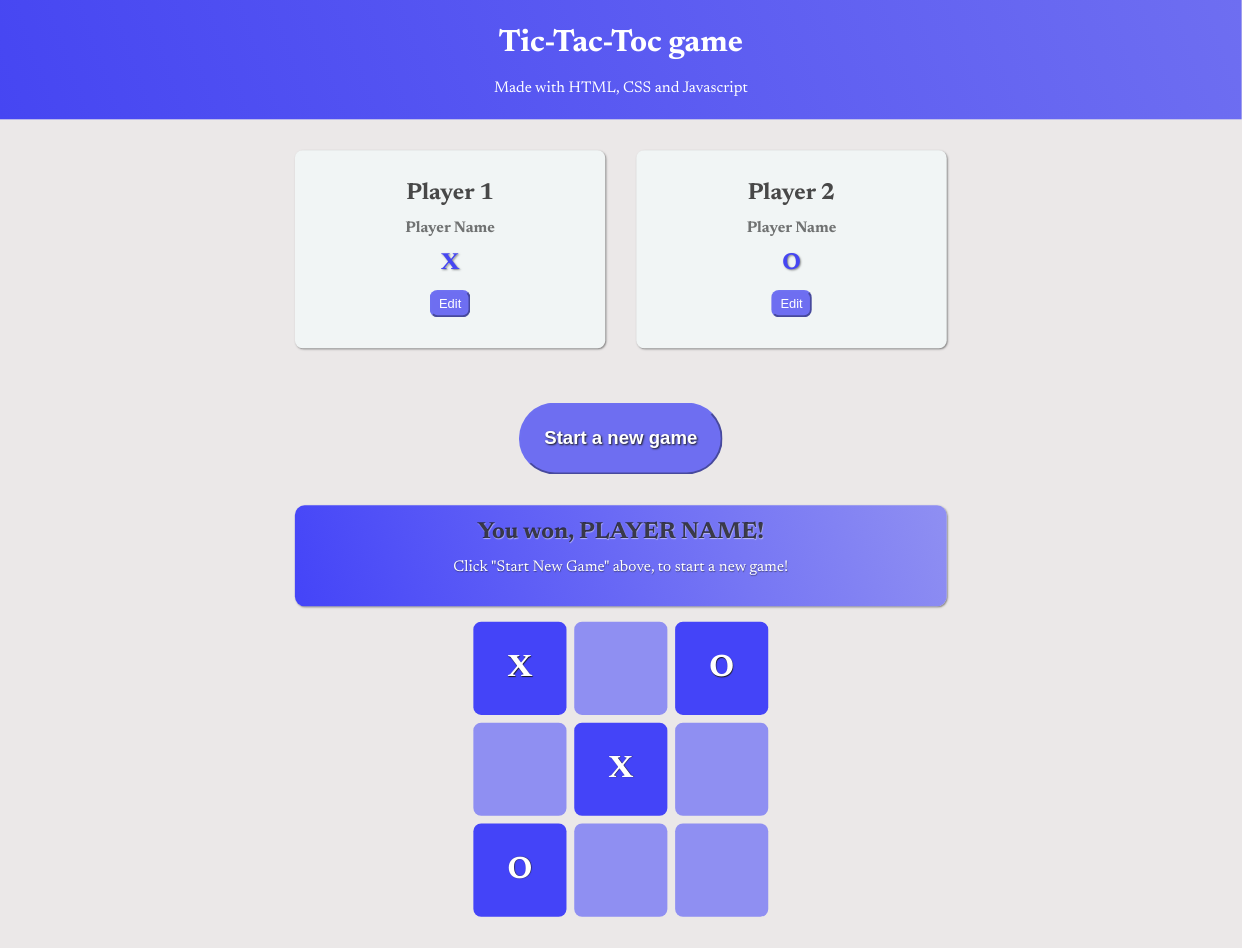
Repository: MicTomm/Tic-tac-toe-game
Page: index.html
These files come from the project's save history. The page is drawn as it stood at one moment and after the next save; the edit follows.
The browser window is 1280 px wide. The pictures show the whole page, at 97% of full size.
After loading, the first visible `#start-game-btn` was clicked once.

Above is the page before, as saved 2023-06-25 14:08:25.
Console error: ReferenceError: game is not defined

### index.html
<!DOCTYPE html>
<html lang="en">

<head>
    <meta charset="UTF-8">
    <meta name="viewport" content="width=device-width, initial-scale=1.0">
    <title>Tic-Tac-Toe</title>
    <link rel="preconnect" href="https://fonts.googleapis.com">
    <link rel="preconnect" href="https://fonts.gstatic.com" crossorigin>
    <link href="https://fonts.googleapis.com/css2?family=Newsreader:wght@400;700&display=swap" rel="stylesheet">
    <link href="/styles/styles.css" rel="stylesheet">
    <link href="/styles/overlay.css" rel="stylesheet">
    <link href="/styles/game-configuration.css" rel="stylesheet">
    <link href="/styles/game-execution.css" rel="stylesheet">
    <script src="/scripts/configuration.js" defer></script>
    <script src="/scripts/game.js" defer></script>
    <script src="/scripts/app.js" defer></script>
</head>

<body>
    <div id="back-drop"></div>
    <header id="main-header">
        <h1>Tic-Tac-Toc game</h1>
        <p>Made with HTML, CSS and Javascript</p>
    </header>
    <main>
        <aside id="aside-container">
            <header id="id=" aside-header>
                <h2>Chose your name</h2>
            </header>
            <form>
                <div id="aside-input-container">
                    <label for="choosing-player-name" id="choosing-player-name-label">Player name</label>
                    <input type="text" id="choosing-player-name" name="player-name" required>
                    <div id = "input-validation-error-container">
                        <svg xmlns="http://www.w3.org/2000/svg" fill="none"
                        viewBox="0 0 24 24" stroke-width="1.5" stroke="currentColor" class="w-6 h-6">
                        <path stroke-linecap="round" stroke-linejoin="round"
                            d="M12 9v3.75m9-.75a9 9 0 11-18 0 9 9 0 0118 0zm-9 3.75h.008v.008H12v-.008z" />
                        </svg>
                        <p id="input-validation-error"></p>
                    </div>

                </div>
                <div id="aside-buttons-container">
                    <button type="button" class="btn alternative-btn" id="cancel-btn">
                        Cancel
                    </button>
                    <button type="submit" class="btn">Confirm</button>
                </div>
            </form>
        </aside>
        <section id="game-configuration">
            <div id="game-configuration-container">
                <article>
                    <div id="player1-container">
                        <h2>Player 1</h2>
                        <p id="player1-name">Player Name</p>
                        <p class="symbol">X</p>
                        <button id="edit-p1-btn" class="btn" data-playerid="1">Edit</button>
                    </div>
                </article>
                <article>
                    <div id="player2-container">
                        <h2>Player 2</h2>
                        <p id="player2-name">Player Name</p>
                        <p class="symbol">O</p>
                        <button id="edit-p2-btn" class="btn" data-playerid="2">Edit</button>
                    </div>
                </article>
            </div>
            <div id="start-game-container">
                <button type="button" id="start-game-btn" class="btn">Start a new game</button>
            </div>
        </section>
        <section id="game-execution">
            <article id="game-over">
                <h2>You won, <span id="winner-name">PLAYER NAME</span>!</h2>
                <p>Click "Start New Game" above, to start a new game!</p>
            </article>

            <p id="p-turn">It's your turn <span id="active-player-name">PLAYER NAME</span>!</p>
            <ol id="game-board">
                <li class="disabled">X</li>
                <li></li>
                <li class="disabled">O</li>

                <li></li>
                <li class="disabled">X</li>
                <li></li>

                <li class="disabled">O</li>
                <li></li>
                <li></li>
            </ol>
        </section>
        </section>
    </main>

</body>

</html>

### styles/styles.css
body {
    margin: 0;
    background-color: rgb(235, 232, 232);
    font-family: 'Newsreader', serif;
    color: rgb(27, 27, 27);
}

h2 {
    margin: 0rem;
    color: rgb(27, 27, 27, 0.8);
    text-shadow: .5px .5px 1px rgba(255, 255, 255, 0.5);
}

#main-header {
    background: linear-gradient(70deg, rgb(70, 70, 242), rgb(110, 110, 241));
    color: white;
    padding: 0.5rem 5%;
    text-align: center;
}

.btn {
    background-color: rgb(110, 110, 241);
    border-color: rgb(110, 112, 241);
    color: white;
    border-radius: 8px;
    padding: 0.3rem 0.5rem;
    cursor: pointer;
}

.alternative-btn {
    background-color: rgb(223, 223, 239);
    border-color: transparent;
    color: rgb(27, 27, 27);
    margin: 0.5rem;
}

.btn:hover {
    background-color: rgb(127, 127, 233);
    box-shadow: 1px 1px 2px rgb(27, 27, 27);
}

.alternative-btn:hover {
    background-color: rgb(210, 210, 235);
    border-color: rgb(205, 205, 233);
}

aside h2,
aside label {
    color: rgb(110, 110, 241);
    text-shadow: .5px .5px 1px rgb(27, 27, 27, 0.5);
}

form label {
    display: block;
    margin-bottom: .5rem;
}

form input {
    padding: .3rem;
    border-color: transparent;
    border-radius: 8px;
    font-family: inherit;
}

form input:hover,
form input:focus {
    outline: rgb(110, 110, 241) auto 1px;
}

form #aside-buttons-container {
    display: flex;
    flex-flow: row;
    justify-content: center;
    align-items: center;
    margin: .5rem;
}

### styles/overlay.css
#aside-container {
text-align: center;
    background-color: rgb(241, 245, 245);
    width: 90%;
    margin: 0rem auto;
    border-radius: .6rem;
    padding: .5rem 0rem;
    position: fixed;
    top: 25%;
    left: 5%;
    display: none;
}

#back-drop {
    background-color: rgba(86, 78, 78, 0.5);
    width: 100%;
    height: 100%;
    position: fixed;
    display: none;
}

aside h2,
aside label {
    color: rgb(110, 110, 241);
    text-shadow: .5px .5px 1px rgb(27, 27, 27, 0.5);
}

form label {
    display: block;
    margin-bottom: .5rem;
}

.choosing-player-name-label-error{
    color: red;
}

form input {
    padding: .3rem;
    border-color: transparent;
    border-radius: 8px;
    font-family: inherit;
    font-weight: 700;
    color: rgb(27, 27, 27, 0.7);
    text-align: center;
    width: 40%;
    margin: .1rem 30%;
}

.choosing-player-name-error{
    border-color:red;
    background-color: rgb(244, 183, 183);
}

form input:hover,
form input:focus {
    outline: rgb(110, 110, 241) auto 1px;
}

form #aside-buttons-container {
    display: flex;
    flex-flow: row;
    justify-content: center;
    align-items: center;
    margin: .5rem;
}

#input-validation-error-container{
    height: 1rem;
    width: 40%;
    margin: .1rem 30%;
    display: none;
    color: red;
}

#input-validation-error{
    font-size: .8rem;
    margin: 0 0 0 .2rem;
    padding-top: 0.2rem;
}

svg{
    height: 1rem;
    width: 1rem;
}

@media (min-width: 48rem) {

    #aside-container {
        position: fixed;
        top: 25%;
        left: calc(50% - 20rem);
        width: 40rem;
    }

}

### styles/game-configuration.css
#game-configuration{
    display: flex;
    flex-flow: column;
    align-items: center;
    margin: 2rem auto;
    width: 90%;
}

#game-configuration-container{
    display: flex;
    flex-flow: row;
    justify-content: center;
    align-items: center;
    margin-bottom: 3.5rem;
}

#player1-container,
#player2-container{
    background-color: rgb(241, 245, 245);
    margin: 0rem 1rem;
    padding: 2rem 0rem;
    display: flex;
    flex-flow: column;
    justify-content: center;
    align-items: center;
    width: 20rem;
    border-radius: 8px;
    box-shadow: 1px 1px 2px rgb(27, 27, 27, 0.5);
}

#game-configuration p{
    color: rgb(27, 27, 27, 0.6);
    font-weight: bold;
}

#game-configuration .symbol{
    margin: 0rem 0rem 1rem 0rem;
    font-weight: 700;
    font-size: 1.5rem;
    color: rgb(70, 70, 242);
    text-shadow: 1px 1px 2px rgb(27, 27, 27, 0.5);
}

#start-game-container{
    display: block;

}

#start-game-btn{
    padding: 1.5rem;
    border-radius: 20rem;
    font-size: 1.2rem;
    font-weight: 700;
    text-shadow: 1px 1px 2px rgb(27, 27, 27);
    cursor: pointer;
}

#start-game-btn:hover{
    background: linear-gradient(70deg, rgb(152, 228, 40), rgb(70, 70, 242));
}

### styles/game-execution.css
#game-execution{
    width: 90%;
    margin: 2rem auto;
    text-align: center;
    /* display: none; */
}

#game-over{
    margin: 0rem auto;
    padding: 1rem;
    background: linear-gradient(70deg, rgb(68, 68, 248), rgb(143, 143, 242));
    border-radius: 10px;
    box-shadow: 1px 1px 2px rgb(27, 27, 27, 0.5);
    max-width: 40rem;
}

#game-over p{
    color: white;
    text-shadow: .5px .5px 1px rgb(27, 27, 27, 0.5);
    font-weight: 400;
}

#p-turn{
    color: rgb(84, 188, 84);
    font-weight: 700;
    text-shadow: .5px .5px 1px rgb(27, 27, 27, 0.8);
    display: none;

}

#game-board{
    display: grid;
    justify-content: center;
    grid-template-columns: repeat(3, 6rem); /*lo stesso che scrivere 6rem 6rem 6rem*/
    grid-template-rows: repeat(3, 6rem);
    list-style: none;
    gap: .5rem;
    padding: 0rem;
}

.game-execution1{
    display: none;
}

#game-execution li{
    background-color: rgb(143, 143, 242);
    display: flex;
    justify-content: center;
    align-items: center;
    color: rgb(27, 27, 27, 0.5)l;
    font-weight: 700;
    text-shadow: .5px .5px 1px rgb(255, 255, 255, 0.7);
    font-size: 2rem;
    border-radius: 8px;
    cursor: pointer;
}

#game-execution li:hover{
    background-color: rgb(68, 68, 248);
    text-shadow: .5px .5px 1px rgb(27, 27, 27);
    color: white;
}

#game-execution li.disabled{
    background-color: rgb(68, 68, 248);
    text-shadow: .5px .5px 1px rgb(27, 27, 27);
    cursor: default;
    color: white;
}

### scripts/configuration.js
function editPlayerConfiguration(event) {
    /**
     * playerid è un attributo che realizzo nel file .html (data-playerid), per gli elementi edit-p1-btn
     * e edit-p2-btn, al fine di tracciare quale dei due button-edit sto cliccando, ed utilizzarne
     * l'identificativo estrapolato in js.
     *
     * Si possono aggiungere più attributi(proprietà) allo stesso elemento.
     *
     * l'attributo si realizza sempre facendo succedere una o più stringhe di testo alla stringa 'data-'.
     * Bisogna scrivere le stringhe tutto in minuscolo perché, se faccio console.dir(event), facendo
     * drilling fino alla voce target, posso constatare che, anche se scrivo in camelcase, l'attributo
     * viene registrato tutto in lowercase.
     *
     * Se voglio scrivere invece che data-playerid, data-player-id, nel codice js devo poi estrapolarlo come:
     * event.target.dataset['player-id']
     */
    const playerIdSelected = event.target.dataset.playerid;
    playerId = playerIdSelected;

    console.log(playerId);
    console.dir(event);

    overlay.style.display = 'block';
    backdrop.style.display = 'block';
}

function cancelPlayerConfiguration() {
    overlay.style.display = 'none';
    backdrop.style.display = 'none';
    removeInputError();
}

function savePlayerConfig(event) {
    /*
    preventDefault() evita che venga eseguito il comportamento di default quando viene inviato
    il form.
    Tale comportamento consiste nell' inviare una richiesta GET al web server che la processerà,
    nel mio caso il server locale.
    */
    event.preventDefault();

    /*
    event è un oggetto js generato automaticamente dal browser al verificarsi di un evento, e che lo
    descrive.
    Con l'attributo target, si punta direttamente all'elemento HTML che ha generato l'evento.
    In questo caso il form, perché è stato il form ad essere inviato.

    new FormData è una built-in function che è resa disponibile direttamente nel browser in js.
    Con 'new', istanzio un oggetto di tipo FormData, e passandogli come parametro il pointer al form,
    posso estrapolare tutte le informazioni submitted che, in HTML presentano l'ttributo 'name' nel
    rispettivo input-element.
    */
    const formData = new FormData(event.target);
    let playerName = formData.get('player-name').trim();
    console.log('Player name: ' + playerName);

    /*  Una stringa vuota è un falsy-value
    Una stringa che ha un valore è un truly-value
    Quindi, sto dicendo: se la stringa non è truly
    */
    if (!playerName) {

        inputValidationLabel.classList.add('choosing-player-name-label-error');
        inputValidationInput.classList.add('choosing-player-name-error');

        inputValidationErrorContainer.style.display = 'flex';
        inputValidationErrorContainer.style.flexFlow = 'row';
        inputValidationErrorContainer.style.justifyContent = 'center';
        inputValidationErrorContainer.style.alignItems = 'center';
        inputValidationErrorParagraph.textContent = 'Please, enter valid a name!';
        return;
    }
    else {
        removeInputError();
        if (playerId == 1) {
            player1Name.textContent = playerName;
        } else {
            player2Name.textContent = playerName;
        }
    }
}

function removeInputError() {
    inputValidationErrorContainer.style.display = 'none';
    inputValidationInput.classList.remove('choosing-player-name-error');
    inputValidationLabel.classList.remove('choosing-player-name-label-error');
}

### scripts/game.js
function startNewGame(){
    game-execution.classList.add('game-execution1');
}

### scripts/app.js
/*
    E' possibile puntare ad una function presente in una altro file .js
    Affinché ciò sia possibile, bisogna importare nel file .htm prima il file.js in cui è definita la
    function e successivamente il .js in cui la si utilizza.
*/
console.dir(document.body);
let playerId = 0;

const overlay = document.getElementById('aside-container');
const backdrop = document.getElementById('back-drop');

const editP1Btn = document.getElementById('edit-p1-btn');
const editP2Btn = document.getElementById('edit-p2-btn');
const cancelPConfigurationBtn = document.getElementById('cancel-btn');
const startGameBtn = document.getElementById('start-game-btn');

const form = document.querySelector('form');

const inputValidationErrorContainer = document.getElementById('input-validation-error-container');
const inputValidationLabel = document.getElementById('choosing-player-name-label');
const inputValidationInput = document.getElementById('choosing-player-name');
const inputValidationErrorParagraph = document.getElementById('input-validation-error');

const player1Name = document.getElementById('player1-name');
const player2Name = document.getElementById('player2-name');

const gameExecutionSection = document.getElementById('game-execution');
console.log(gameExecutionSection);
const gameBoard = document.getElementById('game-board');

editP1Btn.addEventListener('click', editPlayerConfiguration);
editP2Btn.addEventListener('click', editPlayerConfiguration);
cancelPConfigurationBtn.addEventListener('click', cancelPlayerConfiguration);
startGameBtn.addEventListener('click', startNewGame);
form.addEventListener('submit', savePlayerConfig);

After the next save:
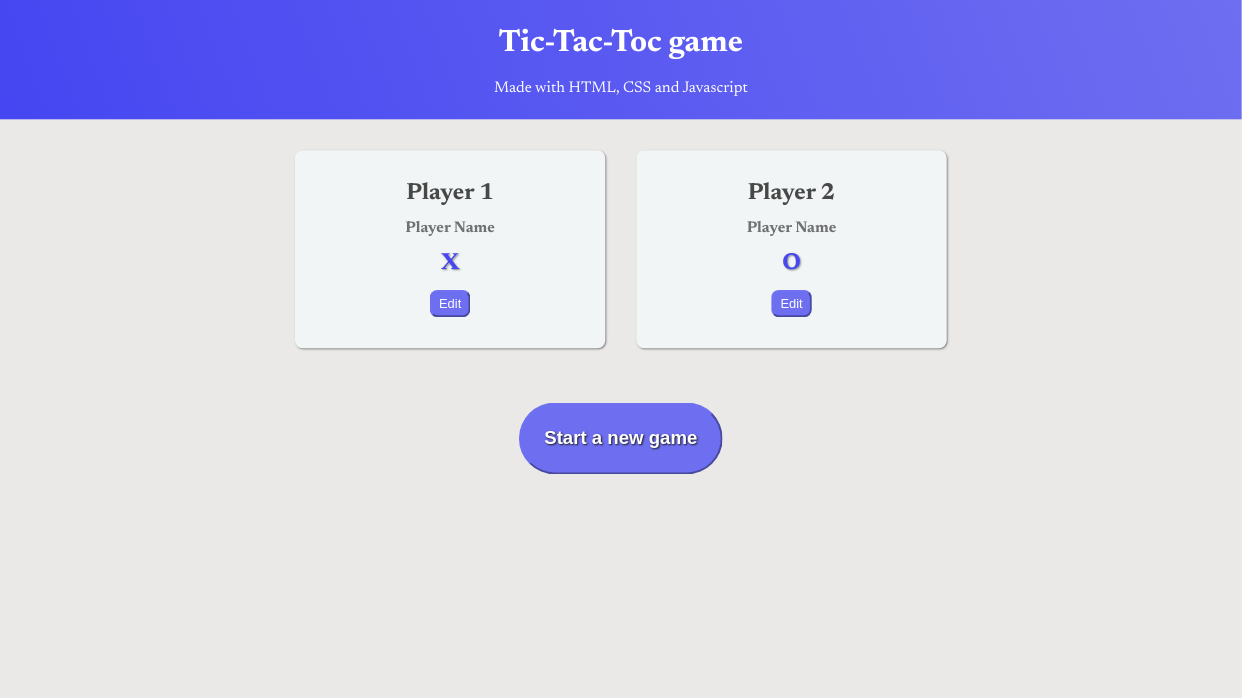
The error is gone.
Saved 17 s later.
--- a/scripts/game.js
+++ b/scripts/game.js
@@ -1,3 +1,3 @@
 function startNewGame(){
-    game-execution.classList.add('game-execution1');
+    gameExecutionSection.classList.add('game-execution1');
 }
